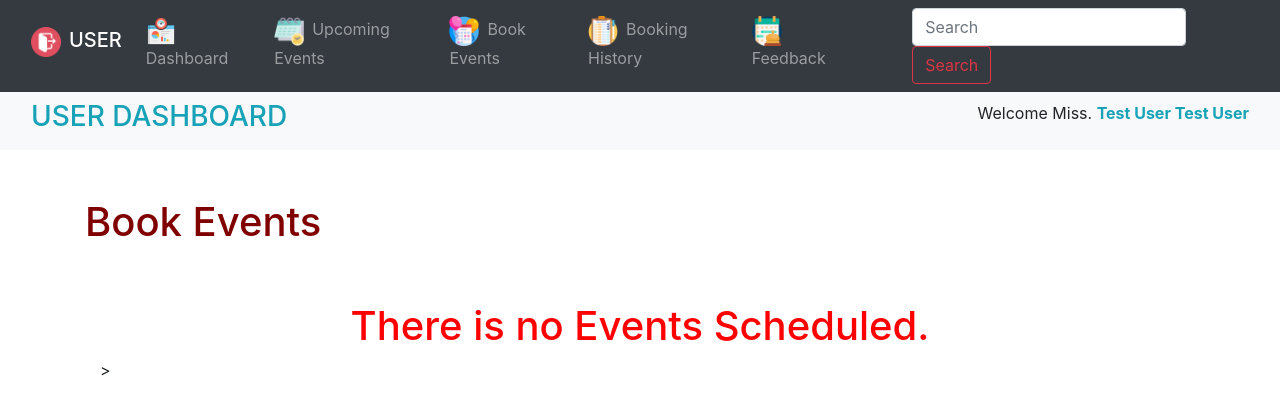
Repository: kalaprabhakar/Event_Management
Page: http://localhost/Event_Management_System/WEB-INF/pages/book_ticket.jsp
The author's editor kept a copy of each file at every save. The page is drawn from the files as they stood at one save, then again after the next save.
The browser window is 1280 px wide. The pictures show the whole page.
Some web libraries are served in a nearby version. The page is served by Tomcat 10. The session is filled in as if someone had signed in: {"Admin_firstname": "Test User", "Admin_lastname": "Test User", "Admin_email": "test@example.com", "Admin_phone": 1, "Admin_address": 1, "Admin_gender": 1, "Admin_id": 1, "Admin_role": "admin", "totalEvents": 1, "bookings": 1, "User_firstname": "Test User", "User_lastname": "Test User", "User_email": "test@example.com", "User_phone": 1, "User_address": 1, "User_gender": 1, "User_id": 1, "User_role": "admin"}. The template is opened directly, without the code that normally fills it, so the values that code supplies are empty.

Above is the page before, as saved 2024-05-12 15:21:38.

After the next save:
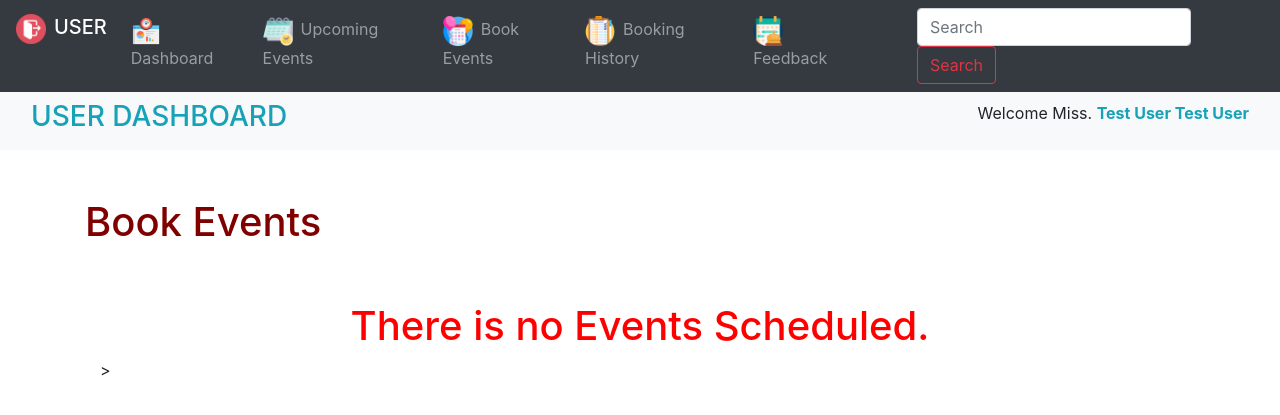
Saved 40 s later.
--- a/Hyscaler/Event_Management_System/src/main/webapp/WEB-INF/pages/includes/userNav.jsp
+++ b/Hyscaler/Event_Management_System/src/main/webapp/WEB-INF/pages/includes/userNav.jsp
@@ -1,5 +1,5 @@
 <nav id="sidebar" class="navbar navbar-expand-lg navbar-dark bg-dark">
-	<div class="container-fluid d-flex justify-content-between"">
+	<div class=" d-flex justify-content-between"">
 		<h3>
 			<a class="navbar-brand" href="logoutuser"><img
 				src="images/logout.png" class="mr-2" width="30" height="30">USER</a>

After the 2 saves that followed:
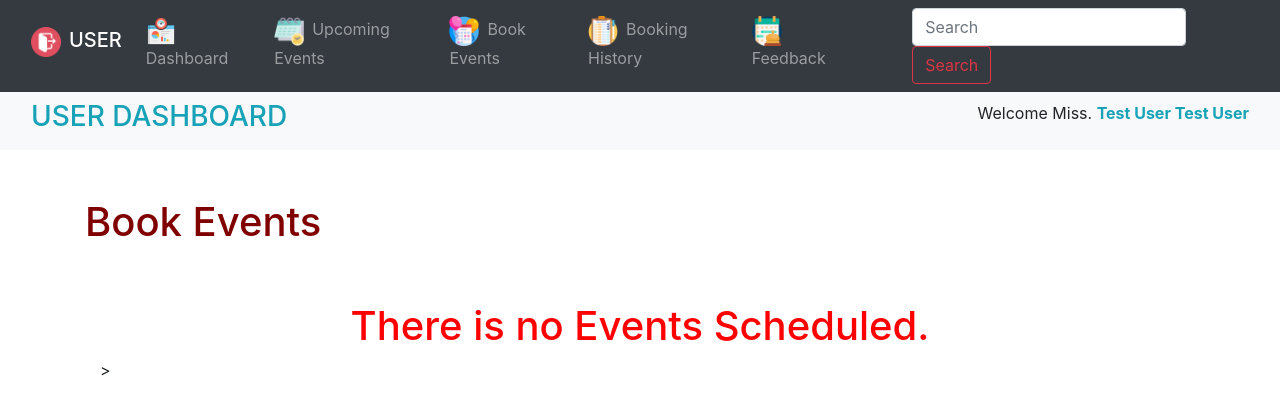
The 2 saves are shown as one change because 1 left the picture as it was.
The last was saved 41 s later.
--- a/Hyscaler/Event_Management_System/src/main/webapp/WEB-INF/pages/includes/userNav.jsp
+++ b/Hyscaler/Event_Management_System/src/main/webapp/WEB-INF/pages/includes/userNav.jsp
@@ -1,5 +1,5 @@
 <nav id="sidebar" class="navbar navbar-expand-lg navbar-dark bg-dark">
-	<div class=" d-flex justify-content-between"">
+	<div class="container-fluid ">
 		<h3>
 			<a class="navbar-brand" href="logoutuser"><img
 				src="images/logout.png" class="mr-2" width="30" height="30">USER</a>
